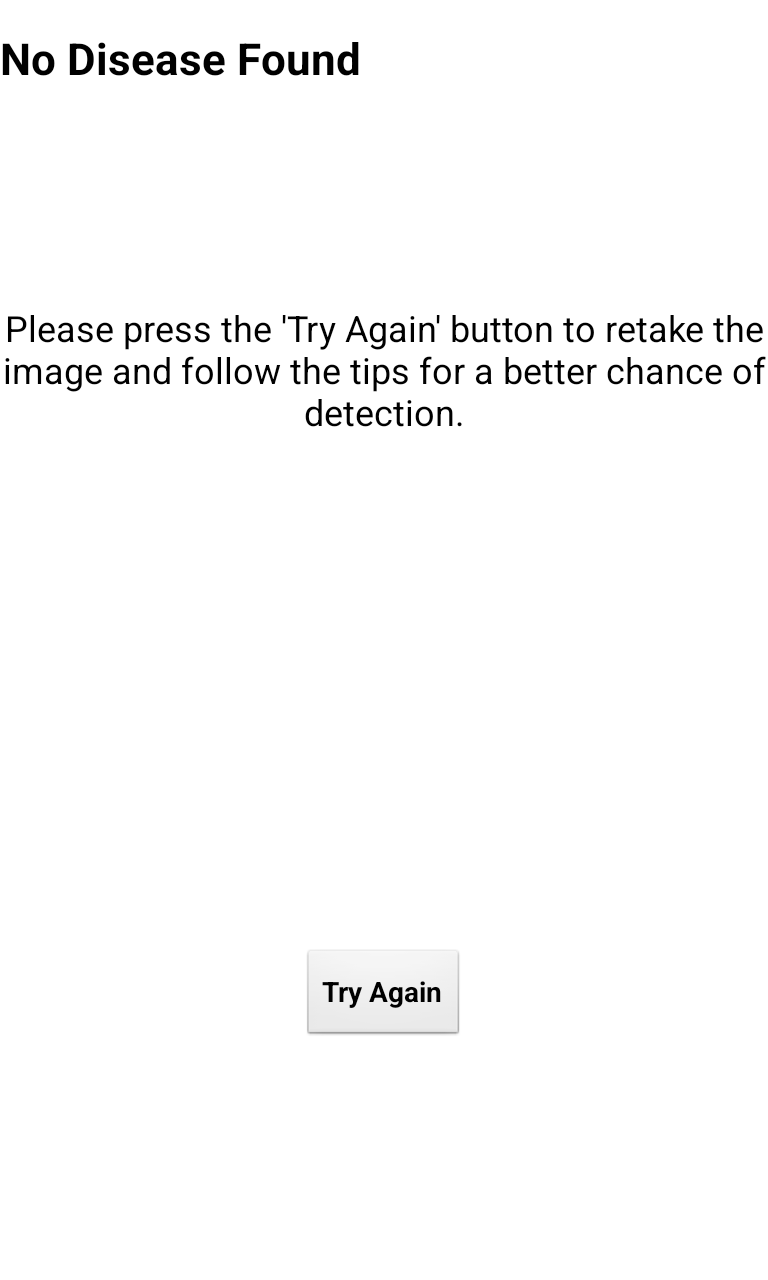
Repository: cephas-digital/phytosenseit
Layout: Eclipse Project /phyto_sense_it/res/layout/noresults.xml
An editor plug-in stored every save of this project. The layout is shown before and after the next save, followed by the edit.
It is drawn on a 768 x 1280 px phone screen (xhdpi) without system bars, with theme android:Theme.NoTitleBar.Fullscreen; the app's code is not run.

Above is the layout before, as saved 2015-07-27 23:31:42.

### Eclipse Project /phyto_sense_it/res/layout/noresults.xml
<?xml version="1.0" encoding="utf-8"?>
<RelativeLayout xmlns:android="http://schemas.android.com/apk/res/android"
    android:layout_width="match_parent"
    android:layout_height="match_parent"
    android:orientation="vertical"
    android:background="#FFFFFF"
    android:layout_weight="1" >

    <Button
        android:id="@+id/button"
        android:layout_width="wrap_content"
        android:layout_height="wrap_content"
        android:layout_alignParentBottom="true"
        android:layout_centerHorizontal="true"
        android:layout_marginBottom="118dp"
        android:text="Try Again"
        android:textStyle="bold" />

    <TextView
        android:id="@+id/header"
        android:layout_width="wrap_content"
        android:layout_height="wrap_content"
        android:layout_alignParentLeft="true"
        android:layout_alignParentTop="true"
        android:layout_marginTop="14dp"
        android:text="No Disease Found"
        android:textAppearance="?android:attr/textAppearanceLarge"
        android:textColor="#000000"
        android:textStyle="bold" />

    <TextView
        android:id="@+id/body"
        android:layout_width="wrap_content"
        android:layout_height="wrap_content"
        android:layout_alignParentLeft="true"
        android:layout_below="@+id/header"
        android:layout_marginTop="108dp"
        android:gravity="center"
        android:text="Please press the &apos;Try Again&apos; button to retake the image and follow the tips for a better chance of detection."
        android:textAppearance="?android:attr/textAppearanceMedium"
        android:textColor="#000000" />

</RelativeLayout>

After the next save:
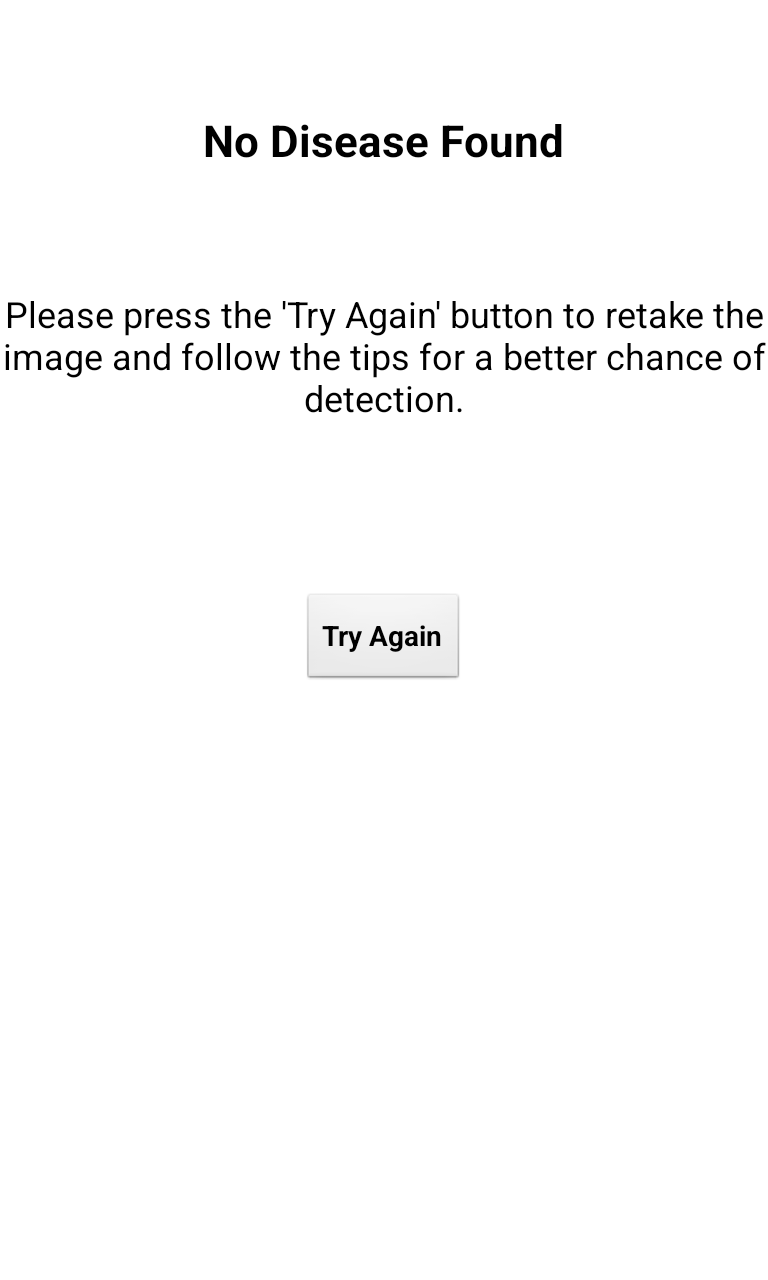
Saved 80 s later.
--- a/Eclipse Project /phyto_sense_it/res/layout/noresults.xml
+++ b/Eclipse Project /phyto_sense_it/res/layout/noresults.xml
@@ -2,27 +2,17 @@
 <RelativeLayout xmlns:android="http://schemas.android.com/apk/res/android"
     android:layout_width="match_parent"
     android:layout_height="match_parent"
-    android:orientation="vertical"
+    android:layout_weight="1"
     android:background="#FFFFFF"
-    android:layout_weight="1" >
-
-    <Button
-        android:id="@+id/button"
-        android:layout_width="wrap_content"
-        android:layout_height="wrap_content"
-        android:layout_alignParentBottom="true"
-        android:layout_centerHorizontal="true"
-        android:layout_marginBottom="118dp"
-        android:text="Try Again"
-        android:textStyle="bold" />
+    android:orientation="vertical" >
 
     <TextView
         android:id="@+id/header"
         android:layout_width="wrap_content"
         android:layout_height="wrap_content"
-        android:layout_alignParentLeft="true"
         android:layout_alignParentTop="true"
-        android:layout_marginTop="14dp"
+        android:layout_centerHorizontal="true"
+        android:layout_marginTop="55dp"
         android:text="No Disease Found"
         android:textAppearance="?android:attr/textAppearanceLarge"
         android:textColor="#000000"
@@ -34,10 +24,19 @@
         android:layout_height="wrap_content"
         android:layout_alignParentLeft="true"
         android:layout_below="@+id/header"
-        android:layout_marginTop="108dp"
+        android:layout_marginTop="60dp"
         android:gravity="center"
         android:text="Please press the &apos;Try Again&apos; button to retake the image and follow the tips for a better chance of detection."
         android:textAppearance="?android:attr/textAppearanceMedium"
         android:textColor="#000000" />
 
+    <Button
+        android:id="@+id/button"
+        android:layout_width="wrap_content"
+        android:layout_height="wrap_content"
+        android:layout_centerHorizontal="true"
+        android:layout_centerVertical="true"
+        android:text="Try Again"
+        android:textStyle="bold" />
+
 </RelativeLayout>
